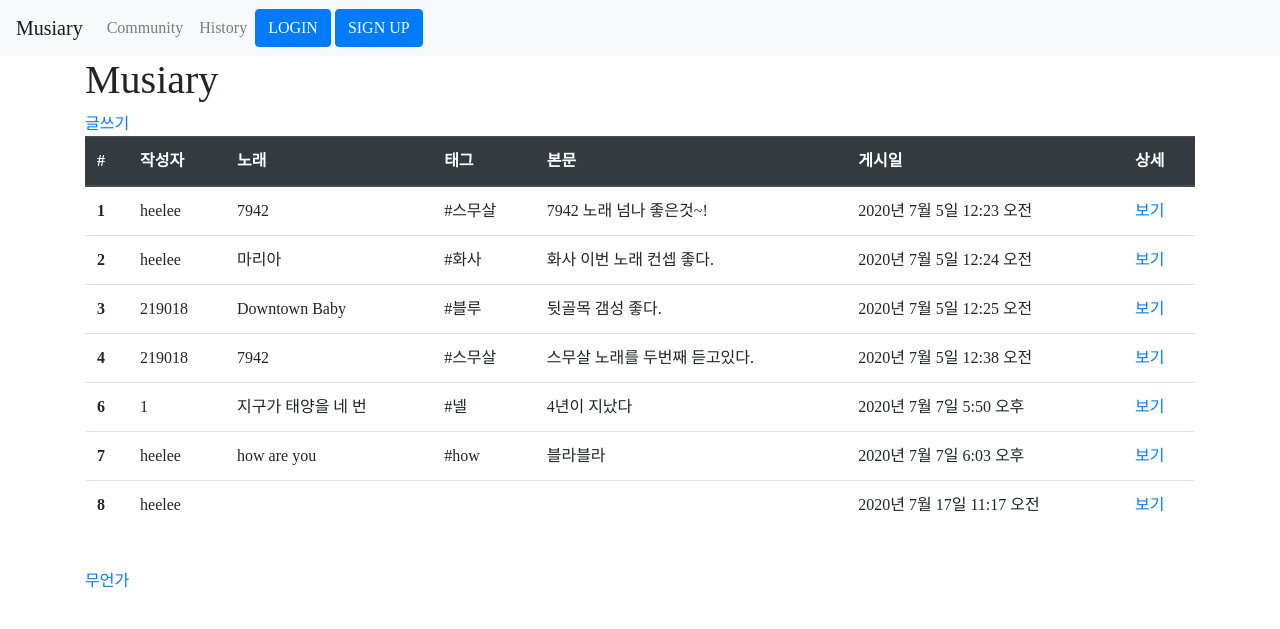
Repository: lhjsophia37/Musiary
Page: http://localhost/posts/
The author's editor kept a record of every edit. The page is drawn from the files as they stood at one moment, then again after the next edit.
The browser window is 1280 px wide. The pictures show the whole page.
The page is served by the project's application, run on Django 3.2 (musiary/manage.py). Other server files are loaded and not shown. The page reads the database file committed with the project.

Above is the page before.

### musiary/posts/templates/posts/index.html
{% extends 'base.html' %}

{% load static %}

{% block style %}
    <link rel="stylesheet" href="{% static 'posts/style.css' %}" type="text/css" />
{% endblock %}

{% block content %}
    <div class="container">

        <h1>Musiary</h1>
        <a href="{% url 'posts:new' %}">글쓰기</a>

        {% if posts %}
            <table class="table">
                <thead class="thead-dark">
                    <tr>
                        <th>#</th>
                        <th>작성자</th>
                        <th>노래</th>
                        <th>태그</th>
                        <th>본문</th>
                        <th>게시일</th>
                        <th>상세</th>
                    </tr>
                </thead>
                <tbody>
                    {% for post in posts %}
                        <tr>
                            <th>{{ post.id }}</th>
                            <td>{{ post.user.get_username }}</td>
                            <td>{{ post.song }}</td>
                            <td>{{ post.tag }}</td>
                            <td>{{ post.body }}</td>
                            <td>{{ post.created_at }}</td>
                            <td><a href="{% url 'posts:detail' post.id %}">보기</a></td>
                        </tr>
                    {% endfor %}
                </tbody>
            </table>
        {% else %}
            <p>No posts.</p>
        {% endif %}


        <br>
        <a href="{% url 'posts:pafy_video' %}">무언가</a>
    </div>
{% endblock %}

### musiary/templates/base.html
{% load static %}

<!DOCTYPE html>
<html>
    <head>
        <title>Feeds</title>
        <link rel="stylesheet" href="{% static 'style.css' %}" type="text/css" />
        <link href="https://fonts.googleapis.com/css2?family=Noto+Sans+KR:wght@300;700&family=Noto+Serif+KR&display=swap" rel="stylesheet">
        <link rel="stylesheet" href="https://stackpath.bootstrapcdn.com/bootstrap/4.5.0/css/bootstrap.min.css" integrity="sha384-9aIt2nRpC12Uk9gS9baDl411NQApFmC26EwAOH8WgZl5MYYxFfc+NcPb1dKGj7Sk" crossorigin="anonymous">
        {% block style %}
        {% endblock %}
    </head>

    <body>
        <nav class="navbar navbar-expand-lg navbar-light bg-light">
            <a class="navbar-brand" href="{% url 'posts:index' %}">Musiary</a>
            <button class="navbar-toggler" type="button" data-toggle="collapse" data-target="#navbarNavAltMarkup" aria-controls="navbarNavAltMarkup" aria-expanded="false" aria-label="Toggle navigation">
                <span class="navbar-toggler-icon"></span>
            </button>
            <div class="collapse navbar-collapse" id="navbarNavAltMarkup">
            <div class="navbar-nav">
                <a class="nav-item nav-link" href="#">Community</a>
                <a class="nav-item nav-link" href="#">History</a>
            </div>

            {% if user.is_authenticated %}
                <div id="logintab">
                    <form action="{% url 'accounts:logout' %}" method="POST">
                        {% csrf_token %}

                        {{ user.get_username }}님 환영합니다.
                        <button type="submit" class="btn btn-primary">LOGOUT</button>
                    </form>
                </div>
            {% else %}
                <div id="logintab">
                    <a href="{% url 'accounts:login' %}">
                        <button type="button" class="btn btn-primary">LOGIN</button>
                    </a>

                    <a href="{% url 'accounts:sign_up' %}">
                        <button type="button" class="btn btn-primary">SIGN UP</button>
                    </a>
                </div>
            {% endif %}
        </nav>


        {% block content %}
        {% endblock %}
        <script src="https://code.jquery.com/jquery-3.5.1.slim.min.js" integrity="sha384-DfXdz2htPH0lsSSs5nCTpuj/zy4C+OGpamoFVy38MVBnE+IbbVYUew+OrCXaRkfj" crossorigin="anonymous"></script>
        <script src="https://cdn.jsdelivr.net/npm/popper.js@1.16.0/dist/umd/popper.min.js" integrity="sha384-Q6E9RHvbIyZFJoft+2mJbHaEWldlvI9IOYy5n3zV9zzTtmI3UksdQRVvoxMfooAo" crossorigin="anonymous"></script>
        <script src="https://stackpath.bootstrapcdn.com/bootstrap/4.5.0/js/bootstrap.min.js" integrity="sha384-OgVRvuATP1z7JjHLkuOU7Xw704+h835Lr+6QL9UvYjZE3Ipu6Tp75j7Bh/kR0JKI" crossorigin="anonymous"></script>


    </body>
</html>

### musiary/posts/models.py
from django.db import models
from django.contrib.auth.models import User

# Create your models here.
class Post(models.Model):
    user = models.ForeignKey(User, on_delete=models.CASCADE, null=True)
    song = models.CharField(max_length=100)
    tag = models.CharField(max_length=100)
    body = models.TextField()
    created_at = models.DateTimeField()
    liked_users = models.ManyToManyField(User, related_name='liked_posts')

    def __str__(self):
        if self.user:
            return f'{self.user.get_username()} / Song: {self.song} / Body: {self.body}'

        return f'{self.body}'

### musiary/posts/views.py
from django.shortcuts import render, redirect

# Create your views here.
from django.http import HttpResponse
from django.utils import timezone
from .models import Post
from django.contrib.auth.decorators import login_required

import pafy
import vlc
from googleapiclient.discovery import build
from googleapiclient.errors import HttpError


def index(request):
    posts = Post.objects.all()
    context = { 'posts': posts }
    return render(request, 'posts/index.html', context)

def detail(request, post_id):
    post = Post.objects.get(id=post_id)
    context = { 'post': post }
    return render(request, 'posts/detail.html', context)

@login_required
def new(request):
    return render(request, 'posts/new.html')

@login_required
def create(request):
    user = request.user
    song = request.POST['song']
    tag = request.POST['tag']
    body = request.POST['body']
    post = Post(user=user, song=song, tag=tag, body=body, created_at=timezone.now())
    post.save()
    return redirect('posts:detail', post_id=post.id)

@login_required
def edit(request, post_id):
    try:
        post = Post.objects.get(id=post_id, user=request.user)
    except Post.DoesNotExist:
        return redirect('posts:index')

    context = { 'post' : post }
    return render(request, 'posts/edit.html', context)

@login_required
def update(request, post_id):
    try:
        post = Post.objects.get(id=post_id, user=request.user)
    except Post.DoesNotExist:
        return redirect('posts:index')

    post.song = request.POST['song']
    post.tag = request.POST['tag']
    post.body = request.POST['body']
    post.save()
    return redirect('posts:detail', post_id=post.id)

@login_required
def delete(request, post_id):
    try:
        post = Post.objects.get(id=post_id, user=request.user)
    except Post.DoesNotExist:
        return redirect('posts:index')

    post.delete()
    return redirect('posts:index')

@login_required
def like(request, post_id):
    if request.method == 'POST':
        try:
            post = Post.objects.get(id=post_id)

            if request.user in post.liked_users.all():
                post.liked_users.remove(request.user)
            else:
                post.liked_users.add(request.user)

            return redirect('posts:detail', post.id)

        except Post.DoesNotExist:
            pass

    return redirect('posts:index')


#-----------------------------youtube music streaming-----------------------------
DEVELOPER_KEY = 'DEVELOPER KEY'
YOUTUBE_API_SERVICE_NAME = 'youtube'
YOUTUBE_API_VERSION = 'v3'

def pafy_video(video_id):
    url = 'https://www.youtube.com/watch?v={0}'.format(video_id)
    vid = pafy.new(url)

def youtube_search(options):
  youtube = build(YOUTUBE_API_SERVICE_NAME, YOUTUBE_API_VERSION, developerKey=DEVELOPER_KEY)

  search_response = youtube.search().list(
    q='Hello world',
    part='id,snippet',
    maxResults=options.max_results
  ).execute()

  videos = []
  playlists = []
  channels = []
  for search_result in search_response.get('items', []):
    if search_result['id']['kind'] == 'youtube#video':
      videos.append('%s' % (search_result['id']['videoId']))
    elif search_result['id']['kind'] == 'youtube#channel':
      channels.append('%s' % (search_result['id']['channelId']))

  if videos:
    print('Videos:{0}'.format(videos))
    pafy_video(videos[0])

### musiary/musiary/urls.py
"""musiary URL Configuration

The `urlpatterns` list routes URLs to views. For more information please see:
    https://docs.djangoproject.com/en/3.0/topics/http/urls/
Examples:
Function views
    1. Add an import:  from my_app import views
    2. Add a URL to urlpatterns:  path('', views.home, name='home')
Class-based views
    1. Add an import:  from other_app.views import Home
    2. Add a URL to urlpatterns:  path('', Home.as_view(), name='home')
Including another URLconf
    1. Import the include() function: from django.urls import include, path
    2. Add a URL to urlpatterns:  path('blog/', include('blog.urls'))
"""
from django.contrib import admin
from django.urls import path, include

urlpatterns = [
    path('admin/', admin.site.urls),
    path('posts/', include('posts.urls')),
    path('accounts/', include('accounts.urls')),

]

### musiary/posts/urls.py
from django.urls import path

from . import views

app_name = 'posts'
urlpatterns = [
    path('', views.index, name="index"),
    path('<int:post_id>/', views.detail, name='detail'),
    path('new/', views.new, name='new'),
    path('create/', views.create, name='create'),
    path('<int:post_id>/edit/', views.edit, name='edit'),
    path('<int:post_id>/update/', views.update, name='update'),
    path('<int:post_id>/delete/', views.delete, name='delete'),
    path('pafy_video/', views.pafy_video, name='pafy_video'),
    path('<int:post_id>/like/', views.like, name='like'),
    ]

### musiary/accounts/urls.py
from django.urls import path

from . import views

app_name = 'accounts'
urlpatterns = [
    path('sign-up/', views.sign_up, name='sign_up'),
    path('login/', views.login, name='login'),
    path('logout/', views.logout, name='logout'),
    ]

### musiary/static/style.css
* {
    margin: 0px;
    padding: 0px;
    box-sizing: border-box;
    font-family: 'Noto Serif KR', serif;
}

#logintab {
    text-align: right;
}

### musiary/db.sqlite3 (the tables this page reads, as SQL)
CREATE TABLE "auth_user" ("id" integer NOT NULL PRIMARY KEY AUTOINCREMENT, "password" varchar(128) NOT NULL, "last_login" datetime NULL, "is_superuser" bool NOT NULL, "username" varchar(150) NOT NULL UNIQUE, "first_name" varchar(30) NOT NULL, "email" varchar(254) NOT NULL, "is_staff" bool NOT NULL, "is_active" bool NOT NULL, "date_joined" datetime NOT NULL, "last_name" varchar(150) NOT NULL);
INSERT INTO "auth_user" VALUES
(1, 'pbkdf2_sha256$180000$Luay5BiJckrp$zfGWp/Uba+8QHq6o+IZu8QR+6nuzw6M8gbJ0d7RfILc=', '2020-07-17 04:14:59.140080', 1, 'heelee', '', 'lhjsophia37@likelion.org', 1, 1, '2020-07-04 15:21:45.960570', ''),
(2, 'pbkdf2_sha256$180000$HKymNR2bBmVq$bi1PswZL22LcOvh0/cmBujxG0dKujDKsczq4Jvb5vXA=', '2020-07-17 01:45:34.081574', 0, '219018', '', '', 0, 1, '2020-07-17 00:58:01.794850', ''),
(3, 'pbkdf2_sha256$180000$ZMYPZCAswNQA$jx+vvtuclzjEk3XL6C0RegrKBrGfvKpEq7unm31Jvs4=', '2020-07-17 04:38:50.848590', 0, '1', '', '', 0, 1, '2020-07-17 01:45:18.265601', '');

CREATE TABLE "posts_post" ("id" integer NOT NULL PRIMARY KEY AUTOINCREMENT, "song" varchar(100) NOT NULL, "tag" varchar(100) NOT NULL, "body" text NOT NULL, "created_at" datetime NOT NULL, "user_id" integer NULL REFERENCES "auth_user" ("id") DEFERRABLE INITIALLY DEFERRED);
INSERT INTO "posts_post" VALUES
(1, '7942', '#스무살', '7942 노래 넘나 좋은것~!', '2020-07-04 15:23:53', 1),
(2, '마리아', '#화사', '화사 이번 노래 컨셉 좋다.', '2020-07-04 15:24:49', 1),
(3, 'Downtown Baby', '#블루', '뒷골목 갬성 좋다.', '2020-07-04 15:25:29', 2),
(4, '7942', '#스무살', '스무살 노래를 두번째 듣고있다.', '2020-07-04 15:38:55', 2),
(6, '지구가 태양을 네 번', '#넬', '4년이 지났다', '2020-07-07 08:50:39', 3),
(7, 'how are you', '#how', '블라블라', '2020-07-07 09:03:07', 1),
(8, '', '', '', '2020-07-17 02:17:43.551139', 1);

After the next edit:
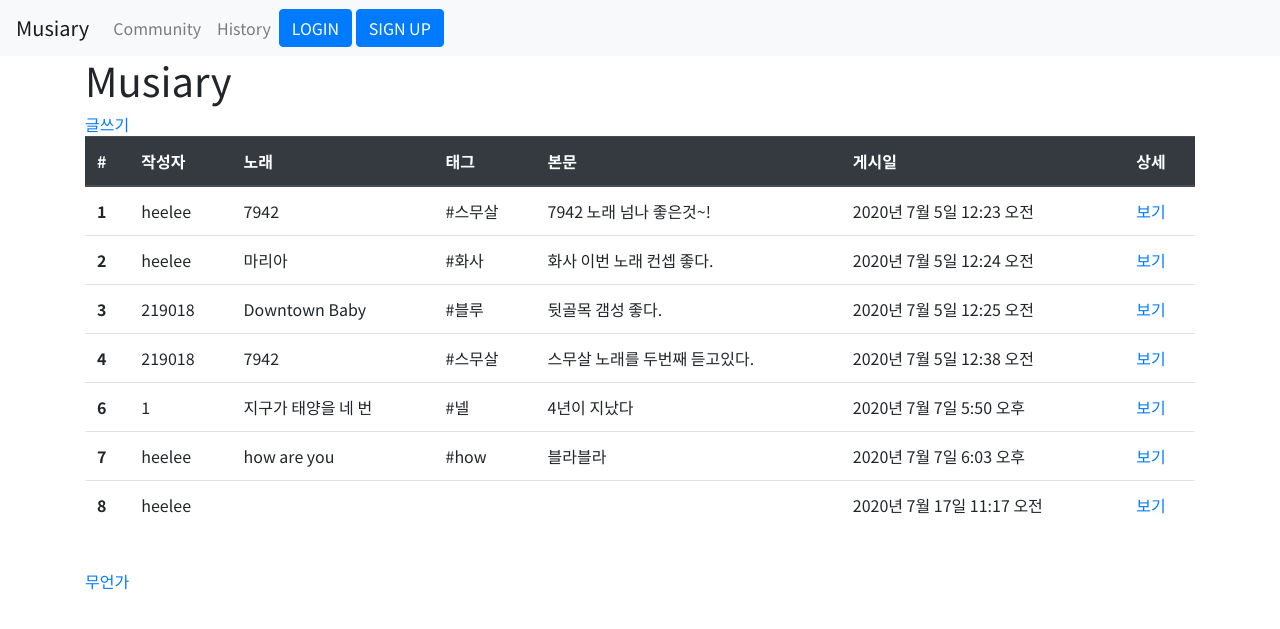
The edit:
--- a/musiary/static/style.css
+++ b/musiary/static/style.css
@@ -2,7 +2,7 @@
     margin: 0px;
     padding: 0px;
     box-sizing: border-box;
-    font-family: 'Noto Serif KR', serif;
+    font-family: 'Noto Sans KR', sans-serif;
 }
 
 #logintab {
